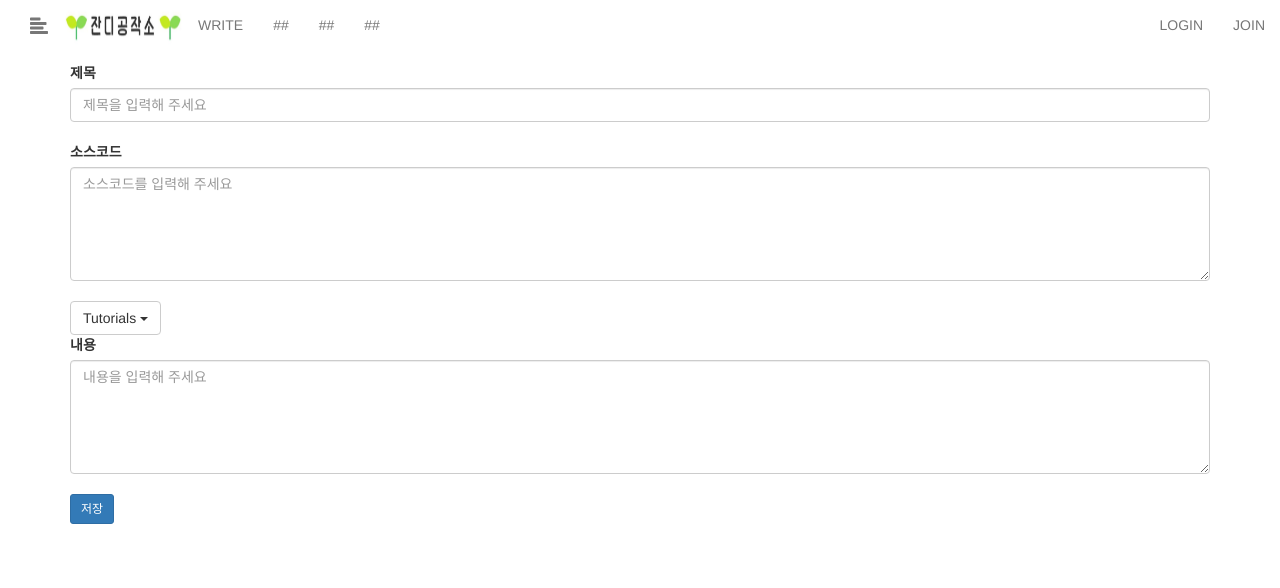
Repository: guddus326/Grass_Farm
Page: http://localhost/Grass_Farm/Write.jsp
The author's editor kept a copy of each file at every save. The page is drawn from the files as they stood at one save, then again after the next save.
The browser window is 1280 px wide. The pictures show the whole page.
Some web libraries are served in a nearby version. The page is served by Tomcat 9.

Above is the page before, as saved 2020-10-04 11:02:45.

After the next save:
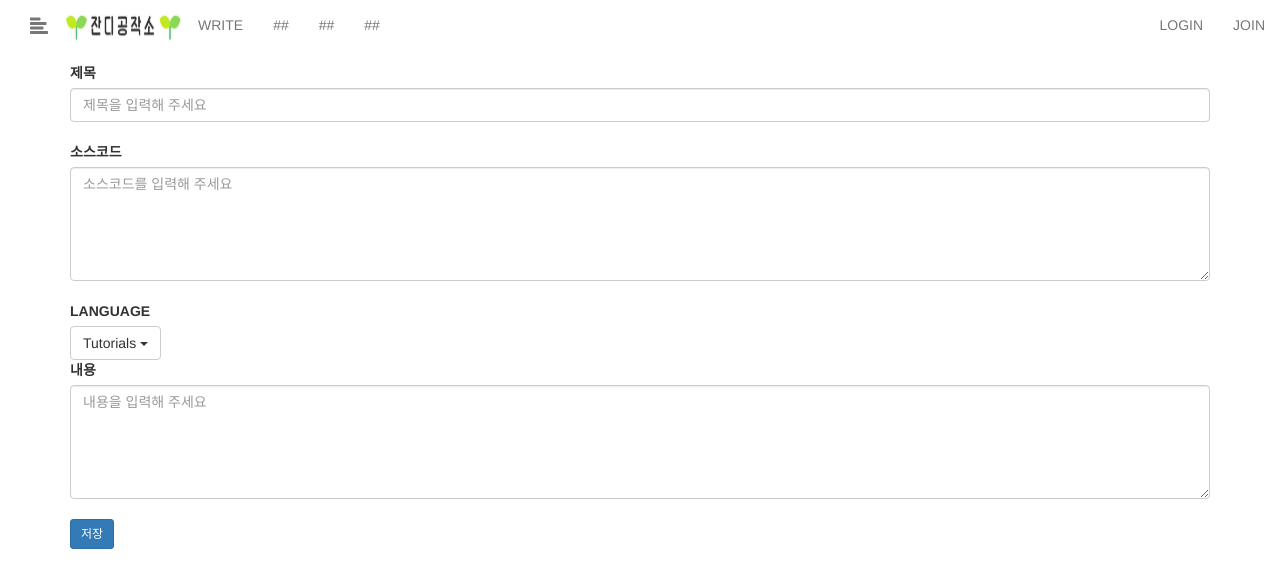
Saved 20 s later.
--- a/Grass_Farm/Grass_Farm/WebContent/Write.jsp
+++ b/Grass_Farm/Grass_Farm/WebContent/Write.jsp
@@ -85,6 +85,7 @@
 				    <textarea class="form-control" rows="5" name="bbsSource" placeholder="소스코드를 입력해 주세요" ></textarea><br>
 				</div>
 				<div class="mb-3">
+					<label for="content">LANGUAGE</label>
 					<div class="dropdown">
     					<button class="btn btn-default dropdown-toggle" type="button" data-toggle="dropdown">Tutorials
     					<span class="caret"></span></button>
